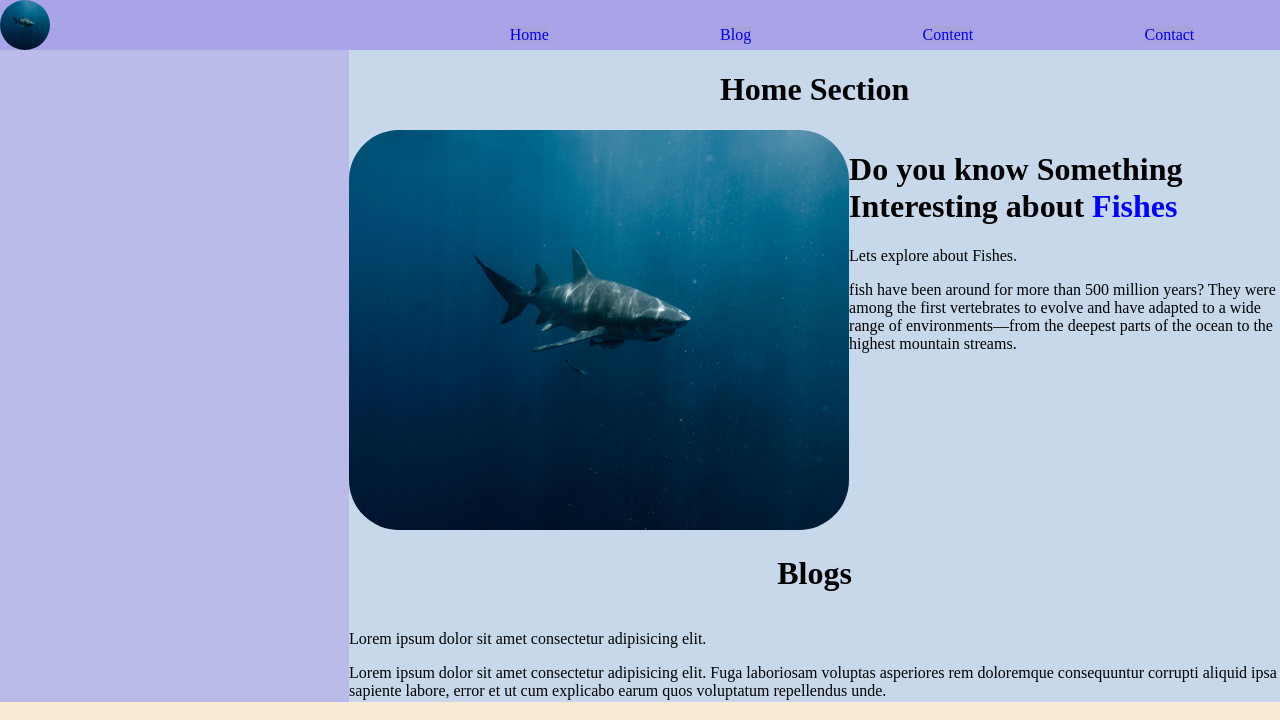
Repository: purnimapatel/fish-world
Page: index.html
These files come from the project's save history. The page is drawn as it stood at one moment and after the next save; the edit follows.
The browser window is 1280 px wide. The pictures show the whole page.
An inner scrolling area shows only its first screen.

Above is the page before, as saved 2024-08-25 15:43:09.

After the next save:
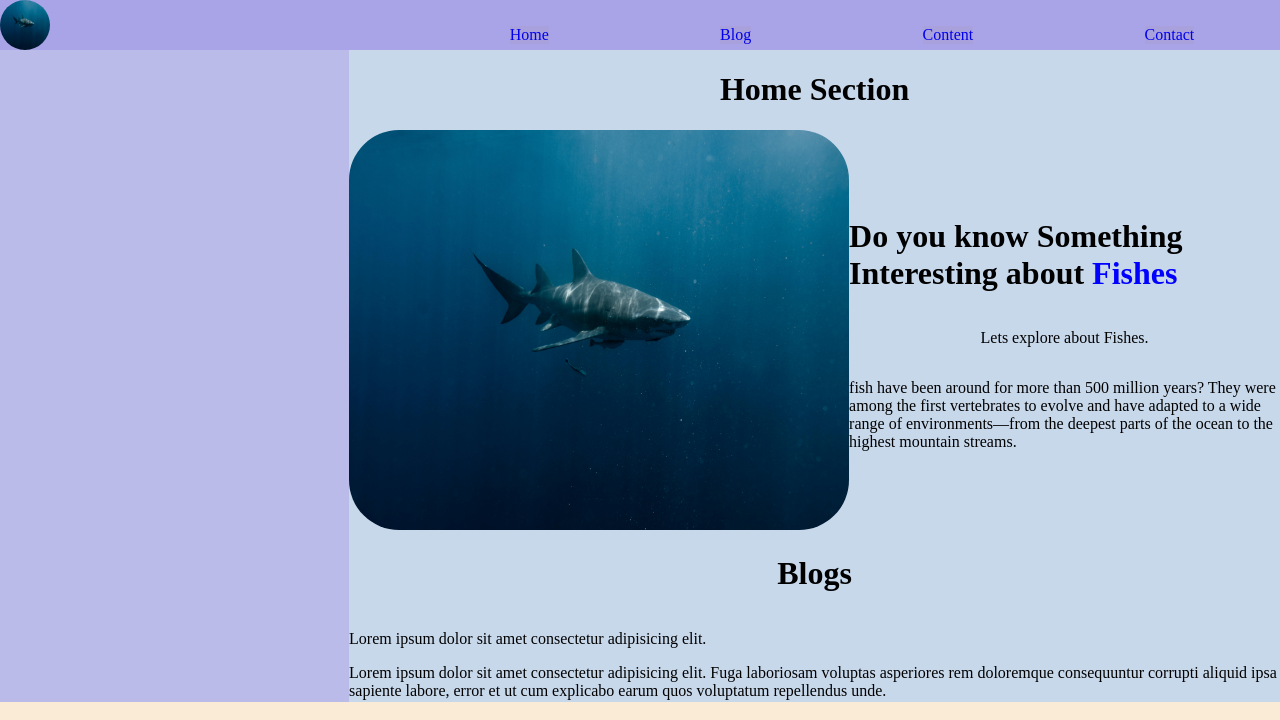
Saved 24 s later.
--- a/style.css
+++ b/style.css
@@ -104,12 +104,12 @@ a{
 #home-content{
     display: flex;
 }
-/* #about{
+#about{
     display: flex;
     justify-content: center;
     align-items: center;
     flex-direction: column;
-} */
+}
 span{
     color:blue;
 }
